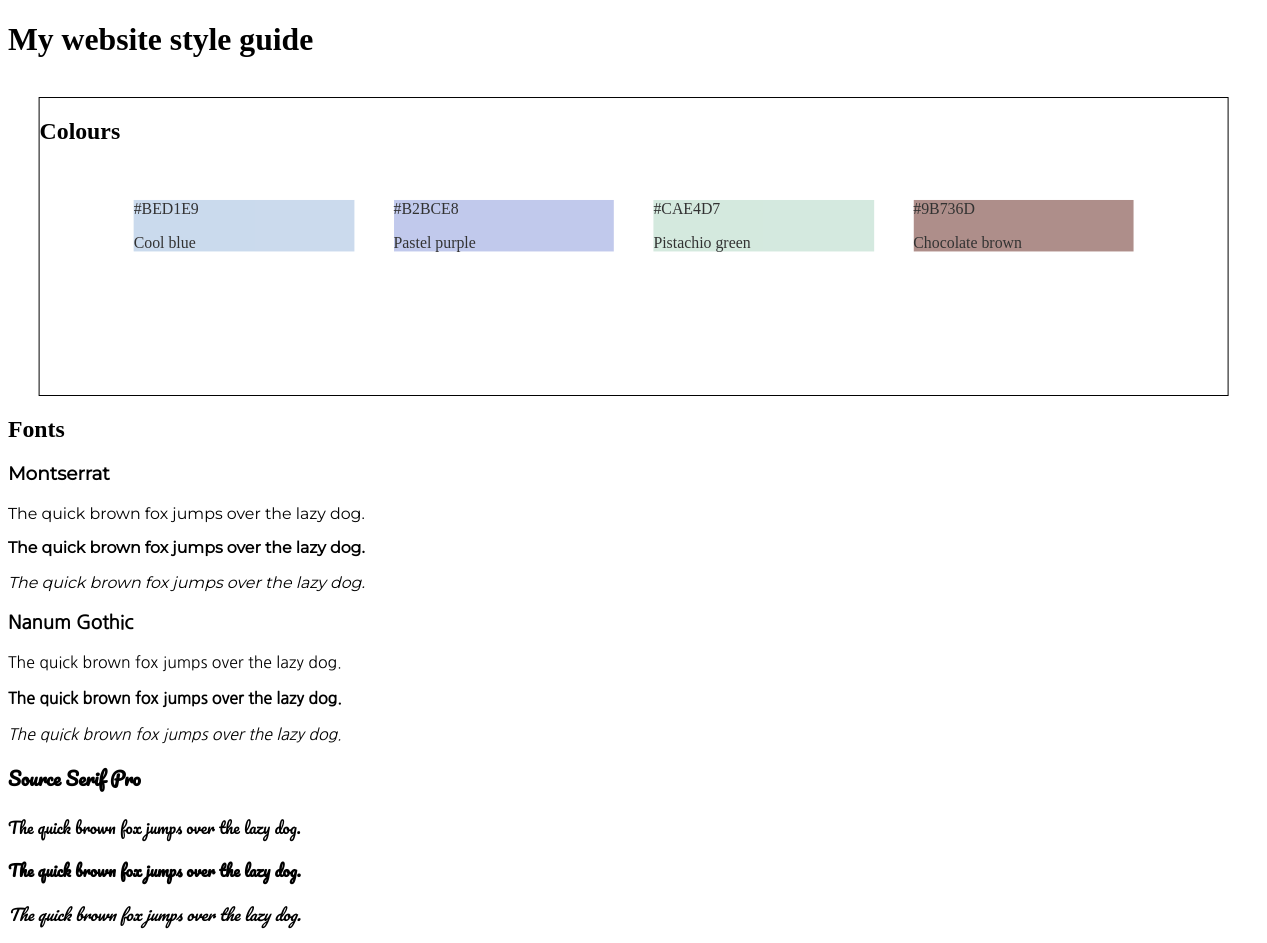
Repository: nazaninrizvi/codecademy
Page: Javascript/website-design-system/index.html
The author's editor kept a copy of each file at every save. The page is drawn from the files as they stood at one save, then again after the next save.
The browser window is 1280 px wide. The pictures show the whole page, at 99% of full size.
Some web fonts or font styles are not loaded; a fallback is used.

Above is the page before, as saved 2021-11-26 17:13:40.

After the next save:
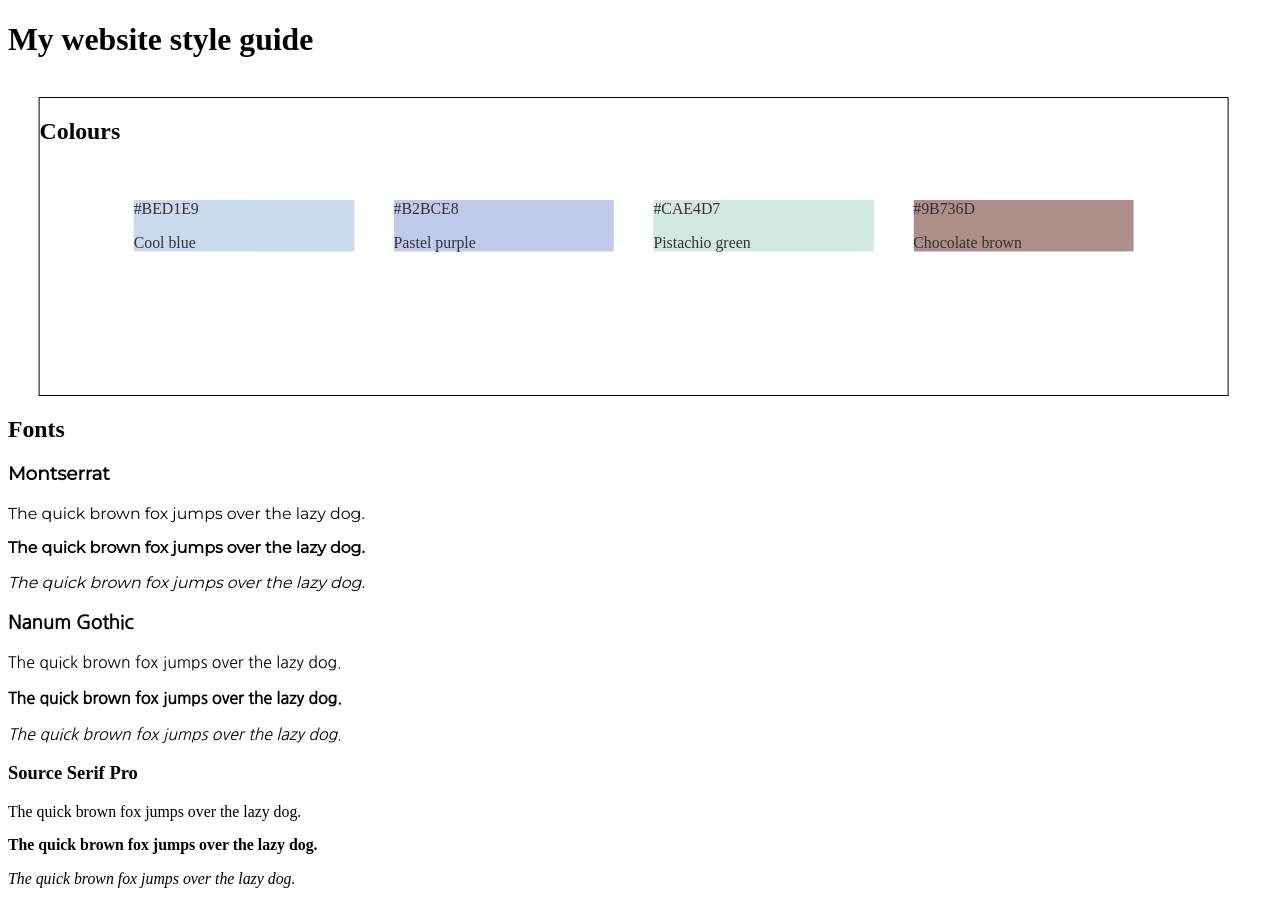
Saved 59 s later.
--- a/Javascript/website-design-system/styles.css
+++ b/Javascript/website-design-system/styles.css
@@ -49,5 +49,5 @@
 }
 
 #sourceSerif{
-  font-family: 'Pacifico', cursive;
+  font-family: 'Source Serif Pro', serif;
 }
